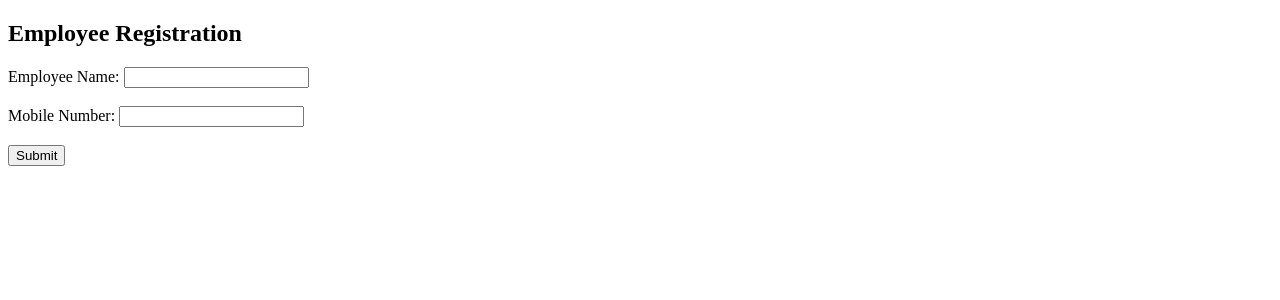
Repository: Rahul-Yadav-72/JAVA-ADVANCE
Page: http://localhost/JDBC__DB/
The author's editor kept a copy of each file at every save. The page is drawn from the files as they stood at one save, then again after the next save.
The browser window is 1280 px wide. The pictures show the whole page.
The page is served by Tomcat 10.

Above is the page before, as saved 2025-12-31 05:06:09.

After the next save:
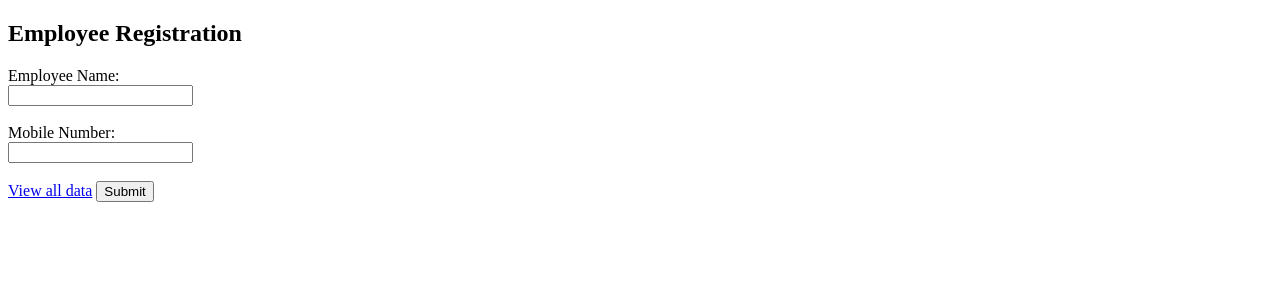
Saved 29 s later.
--- a/JDBC__DB/src/main/webapp/index.jsp
+++ b/JDBC__DB/src/main/webapp/index.jsp
@@ -10,9 +10,14 @@
 
 <h2>Employee Registration</h2>
 
-<form action="insert" method="post">
-    Employee Name: <input type="text" name="empname" required><br><br>
-    Mobile Number: <input type="text" name="mobileno" required><br><br>
+<form action="insert" method="get">
+    <label>Employee Name:</label><br>
+    <input type="text" name="empname" required><br><br>
+
+    <label>Mobile Number:</label><br>
+    <input type="text" name="mobileno" required><br><br>
+    <a href="select">View all data</a>
+
     <input type="submit" value="Submit">
 </form>
 
